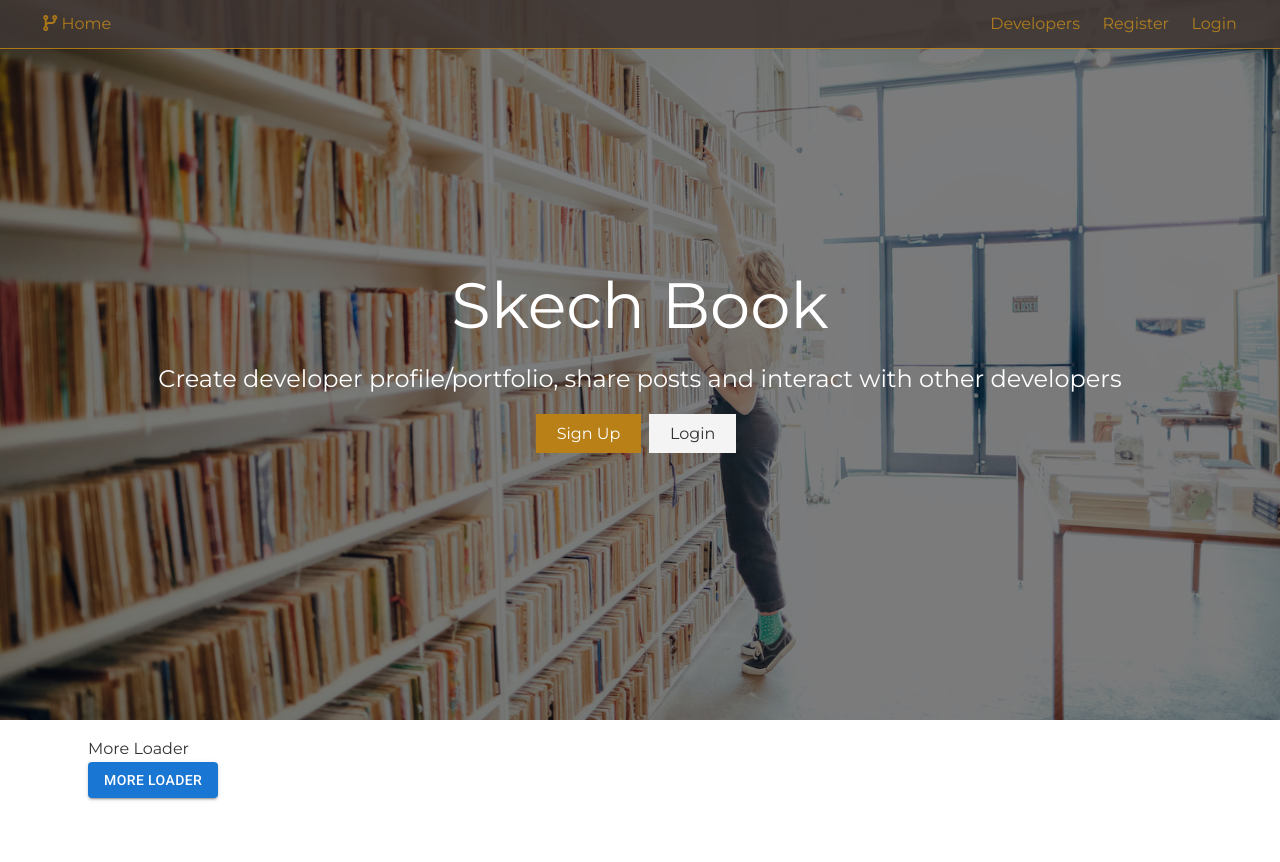
Repository: devnight0913/skechbook
Page: / (app in client/)
These files come from the project's save history. The page is drawn as it stood at one moment and after the next save; the edit follows.
The browser window is 1280 px wide. The pictures show the whole page.
The page's requests for data from a server got no answer. Some web libraries are served in a nearby version. The project was rebuilt for these pictures with package versions that can differ from the ones it lists, and the page was loaded fresh each time. No one was signed in, and anything a server would have sent is missing. Also part of the build but not shown: client/craco.config.js, client/src/components/auth/Login.js, client/src/components/auth/Register.js, client/src/components/dashboard/DashboardActions.js, client/src/actions/profile.js, client/src/utils/formatDate.js, client/src/components/dashboard/Experience.js, client/src/components/dashboard/Education.js and 24 more.

Above is the page before, as saved 2023-07-24 21:26:19.

### client/public/index.html
<!DOCTYPE html>
<html lang="en">
  <head>
    <meta charset="utf-8" />
    <link rel="icon" href="%PUBLIC_URL%/favicon.ico" />
    <meta name="viewport" content="width=device-width, initial-scale=1" />
    <meta name="theme-color" content="#000000" />
    <meta
      name="description"
      content="Web site created using create-react-app"
    />
    <link rel="apple-touch-icon" href="%PUBLIC_URL%/logo192.png" />

    <!-- Font Awesome Kit -->
    <script
      src="https://kit.fontawesome.com/9cd49f9282.js"
      crossorigin="anonymous"
    ></script>

    <link rel="manifest" href="%PUBLIC_URL%/manifest.json" />
    <title>Welcome to DevBook</title>
  </head>
  <body>
    <noscript>You need to enable JavaScript to run this app.</noscript>
    <div id="root"></div>
  </body>
</html>

### client/src/index.js
import { render } from 'react-dom';

import '@fontsource/roboto/300.css';
import '@fontsource/roboto/400.css';
import '@fontsource/roboto/500.css';
import '@fontsource/roboto/700.css';
import './index.css'

import App from './App';

render(<App />, document.getElementById('root'));

### client/src/App.js
import { useEffect } from 'react';
import { BrowserRouter, Routes, Route } from 'react-router-dom';

import Navbar from './components/layout/Navbar';
import Landing from './components/layout/Landing';
import Login from './components/auth/Login';
import Register from './components/auth/Register';
import Alert from './components/layout/Alert';
import Dashboard from './components/dashboard/Dashboard';
import ProfileForm from './components/profile-form/ProfileForm';
import AddExperience from './components/profile-form/AddExperience';
import AddEducation from './components/profile-form/AddEducation';
import Profiles from './components/profiles/Profiles';
import Profile from './components/profile/Profile';
import Posts from './components/posts/Posts';
import Post from './components/post/Post';
import NotFound from './components/layout/NotFound';
import PrivateRoute from './components/routing/PrivateRoute';
import Book from './components/layout/Book';

// Redux
import { Provider } from 'react-redux';
import { store } from './store';
import { loadUser } from './actions/auth';
import { LOGOUT } from './actions/types';
import setAuthToken from './utils/setAuthToken';

import './App.css';
import Footer from './components/layout/Footer';

const App = () => {
  useEffect(() => {
    // check for token in LS when app first runs
    if (localStorage.token) {
      // if there is a token set axios headers for all requests
      setAuthToken(localStorage.token);
    }
    // try to fetch a user, if no token or invalid token we
    // will get a 401 response from our API
    store.dispatch(loadUser());

    // log user out from all tabs if they log out in one tab
    window.addEventListener('storage', () => {
      if (!localStorage.token) store.dispatch({ type: LOGOUT });
    });
  }, []);

  return (
    <Provider store={store}>
      <BrowserRouter>
        <Navbar />

        <Alert />

        <Routes>
          <Route path='/' element={<Landing />} />
          <Route path='register' element={<Register />} />
          <Route path='login' element={<Login />} />
          <Route path='profiles' element={<Profiles />} />
          <Route path='profile/:id' element={<Profile />} />
          <Route path='/book' element={<Book />} />
          <Route
            path='dashboard'
            element={<PrivateRoute component={Dashboard} />}
          />
          <Route
            path='create-profile'
            element={<PrivateRoute component={ProfileForm} />}
          />
          <Route
            path='edit-profile'
            element={<PrivateRoute component={ProfileForm} />}
          />
          <Route
            path='add-experience'
            element={<PrivateRoute component={AddExperience} />}
          />
          <Route
            path='add-education'
            element={<PrivateRoute component={AddEducation} />}
          />
          <Route path='posts' element={<PrivateRoute component={Posts} />} />
          <Route path='posts/:id' element={<PrivateRoute component={Post} />} />
          <Route path='/*' element={<NotFound />} />
        </Routes>

        <Footer />
      </BrowserRouter>
    </Provider>
  );
};

export default App;

### client/src/components/layout/Landing.js
import { Link, Navigate } from 'react-router-dom';
import { connect } from 'react-redux';
import PropTypes from 'prop-types';

const Landing = ({ isAuthenticated }) => {
  if (isAuthenticated) {
    return <Navigate to='/dashboard' />;
  }

  return (
    <section className='landing'>
      <div className='dark-overlay'>
        <div className='landing-inner'>
          <h1 className='x-large'>Skech Book</h1>

          <p className='lead'>
            Create developer profile/portfolio, share posts and interact with
            other developers
          </p>

          <div className='buttons'>
            <Link to='/register' className='btn btn-primary'>
              Sign Up
            </Link>

            <Link to='/login' className='btn'>
              Login
            </Link>
          </div>
        </div>
      </div>
    </section>
  );
};

Landing.propTypes = {
  isAuthenticated: PropTypes.bool,
};

const mapStateToProps = (state) => ({
  isAuthenticated: state.auth.isAuthenticated,
});

export default connect(mapStateToProps)(Landing);

### client/src/components/layout/Alert.js
import PropTypes from 'prop-types';
import { connect } from 'react-redux';

const Alert = ({ alerts }) => (
  <div className='alert-wrapper'>
    {alerts.map((alert) => (
      <div key={alert.id} className={`alert alert-${alert.alertType}`}>
        {alert.msg}
      </div>
    ))}
  </div>
);

Alert.propTypes = {
  alerts: PropTypes.array.isRequired,
};

const mapStateToProps = (state) => ({ alerts: state.alert });

export default connect(mapStateToProps)(Alert);

### client/src/store.js
import { createStore, applyMiddleware } from 'redux';
import { composeWithDevTools } from 'redux-devtools-extension';
import thunk from 'redux-thunk';

import rootReducer from './reducers';
import setAuthToken from './utils/setAuthToken';

const initialState = {};
const middleware = [thunk];

// TODO: default export store
export const store = createStore(
  rootReducer,
  initialState,
  composeWithDevTools(applyMiddleware(...middleware))
);

/*
  NOTE: set up a store subscription listener
  to store the users token in localStorage
 */

/*
  initialize current state from redux store for subscription comparison
  preventing undefined error
 */
let currentState = store.getState();

store.subscribe(() => {
  // keep track of the previous and current state to compare changes
  let previousState = currentState;
  currentState = store.getState();
  // if the token changes set the value in localStorage and axios headers
  if (previousState.auth.token !== currentState.auth.token) {
    const token = currentState.auth.token;
    setAuthToken(token);
  }
});

### client/src/App.css
@import url('https://fonts.googleapis.com/css?family=Montserrat|Raleway&display=swap');
.m-1 {
  margin: 1rem;
}

.my-1 {
  margin: 1rem 0;
}

.p-1 {
  padding: 1rem;
}

.py-1 {
  padding: 1rem 0;
}

.m-2 {
  margin: 2rem;
}

.my-2 {
  margin: 2rem 0;
}

.p-2 {
  padding: 2rem;
}

.py-2 {
  padding: 2rem 0;
}

.m-3 {
  margin: 3rem;
}

.my-3 {
  margin: 3rem 0;
}

.p-3 {
  padding: 3rem;
}

.py-3 {
  padding: 3rem 0;
}

.m-4 {
  margin: 4rem;
}

.my-4 {
  margin: 4rem 0;
}

.p-4 {
  padding: 4rem;
}

.py-4 {
  padding: 4rem 0;
}

.m-5 {
  margin: 5rem;
}

.my-5 {
  margin: 5rem 0;
}

.p-5 {
  padding: 5rem;
}

.py-5 {
  padding: 5rem 0;
}

.container {
  max-width: 1100px;
  margin: auto;
  overflow: hidden;
  padding: 0 2rem;
  margin-top: 6rem;
  margin-bottom: 3rem;
}

.x-large {
  font-size: 4rem;
  line-height: 1.2;
  margin-bottom: 1rem;
}

.large {
  font-size: 3rem;
  line-height: 1.2;
  margin-bottom: 1rem;
}

.lead {
  font-size: 1.5rem;
  margin-bottom: 1rem;
}

.text-primary {
  color: #b88017;
}

.round-img {
  border-radius: 50%;
}

.line {
  height: 1px;
  background: #ccc;
  margin: 1.5rem 0;
}

.bg-primary {
  background-color: #b88017;
  color: #fff;
}

.bg-light {
  background-color: #f4f4f4;
  color: #333;
  border: #ccc 1px solid;
}

.bg-dark {
  background-color: #403734;
  color: #fff;
}

.bg-success {
  background-color: #28a745;
  color: #fff;
}

.bg-danger {
  background-color: #dc3545;
  color: #fff;
}

.bg-white {
  background-color: #fff;
  color: #333;
  border: #ccc 1px solid;
}

.btn {
  display: inline-block;
  background: #f4f4f4;
  color: #333;
  padding: 0.4rem 1.3rem;
  border: none;
  cursor: pointer;
  font-size: 1rem;
  margin-right: 0.5rem;
  outline: none;
  -webkit-transition: all 0.2s ease-in;
  transition: all 0.2s ease-in;
}

.btn.btn-primary {
  background-color: #b88017;
  color: #fff;
}

.btn.btn-primary:hover {
  background: #cf901a;
}

.btn.btn-dark {
  background-color: #403734;
  color: #fff;
}

.btn.btn-dark:hover {
  background: #4e433f;
}

.btn.btn-success {
  background-color: #28a745;
  color: #fff;
}

.btn.btn-success:hover {
  background: #2dbc4e;
}

.btn.btn-danger {
  background-color: #dc3545;
  color: #fff;
}

.btn.btn-danger:hover {
  background: #e04b59;
}

.btn:hover {
  background: #786762;
  color: #fff;
}

.alert {
  padding: 0.8rem;
  margin: 1rem;
  opacity: 0.9;
  background: #f4f4f4;
  color: #333;
}

.alert.alert-primary {
  background-color: #b88017;
  color: #fff;
}

.alert.alert-dark {
  background-color: #403734;
  color: #fff;
}

.alert.alert-success {
  background-color: #28a745;
  color: #fff;
}

.alert.alert-danger {
  background-color: #dc3545;
  color: #fff;
}

.badge {
  font-size: 0.8rem;
  padding: 0.1rem;
  text-align: center;
  margin: 0.3rem;
  background: #f4f4f4;
  color: #333;
}

.badge.badge-primary {
  background-color: #b88017;
  color: #fff;
}

.badge.badge-dark {
  background-color: #403734;
  color: #fff;
}

.badge.badge-success {
  background-color: #28a745;
  color: #fff;
}

.badge.badge-danger {
  background-color: #dc3545;
  color: #fff;
}

.dark-overlay {
  height: 100%;
  width: 100%;
  position: absolute;
  top: 0;
  left: 0;
  background-color: rgba(0, 0, 0, 0.5);
}

.table th,
.table td {
  padding: 1rem;
  text-align: left;
}

.table th {
  background: #f4f4f4;
}

.form-group {
  margin: 1.2rem 0;
}

.form-text {
  display: block;
  margin-top: 0.3rem;
  color: #888;
}

.form input[type='text'],
.form input[type='email'],
.form input[type='password'],
.form input[type='date'],
.form select,
.form textarea {
  display: block;
  width: 100%;
  padding: 0.4rem;
  font-size: 1.2rem;
  border: 1px solid #ccc;
}

.form input[type='submit'] {
  font: inherit;
}

.form .social-input {
  display: -webkit-box;
  display: -ms-flexbox;
  display: flex;
}

.form .social-input i {
  padding: 0.5rem;
  width: 4rem;
}

.form .social-input i.fa-twitter {
  color: #55acee;
}

.form .social-input i.fa-facebook {
  color: #3b5999;
}

.form .social-input i.fa-youtube {
  color: #cd201f;
}

.form .social-input i.fa-reddit {
  color: #ff5700;
}

.form .social-input i.fa-linkedin {
  color: #0077b5;
}

.form .social-input i.fa-instagram {
  color: #e4405f;
}

* {
  -webkit-box-sizing: border-box;
  box-sizing: border-box;
  margin: 0;
  padding: 0;
}

body {
  font-family: 'Montserrat', 'Raleway', sans-serif;
  font-size: 1rem;
  line-height: 1.6;
  background-color: #fff;
  color: #333;
}

a {
  text-decoration: none;
  color: #b88017;
}

ul {
  list-style-type: none;
}

img {
  width: 100%;
}

.navbar {
  display: -webkit-box;
  display: -ms-flexbox;
  display: flex;
  -webkit-box-align: center;
  -ms-flex-align: center;
  align-items: center;
  -webkit-box-pack: justify;
  -ms-flex-pack: justify;
  justify-content: space-between;
  padding: 0.7rem 2rem;
  position: fixed;
  z-index: 1;
  width: 100%;
  top: 0;
  border-bottom: solid 1px #b88017;
  opacity: 0.9;
}

.navbar ul {
  display: -webkit-box;
  display: -ms-flexbox;
  display: flex;
}

.navbar a {
  color: #b88017;
  padding: 0.45rem;
  margin: 0 0.25rem;
}

.navbar a:hover {
  color: #fff;
}

.landing {
  position: relative;
  background: url('./img/showcase.jpg') no-repeat center center/cover;
  height: 100vh;
}

.landing-inner {
  color: #fff;
  height: 100%;
  display: -webkit-box;
  display: -ms-flexbox;
  display: flex;
  -webkit-box-orient: vertical;
  -webkit-box-direction: normal;
  -ms-flex-direction: column;
  flex-direction: column;
  width: 80%;
  margin: auto;
  -webkit-box-align: center;
  -ms-flex-align: center;
  align-items: center;
  -webkit-box-pack: center;
  -ms-flex-pack: center;
  justify-content: center;
  text-align: center;
}

.profile {
  display: -ms-grid;
  display: grid;
  -ms-grid-columns: 2fr 4fr 2fr;
  grid-template-columns: 2fr 4fr 2fr;
  grid-gap: 2rem;
  -webkit-box-align: center;
  -ms-flex-align: center;
  align-items: center;
  padding: 1rem;
  line-height: 1.8;
  margin-bottom: 1rem;
}

.profile-grid {
  display: -ms-grid;
  display: grid;
  grid-template-areas: 'top top' 'about about' 'exp edu' 'github github';
  grid-gap: 1rem;
}

.profile-grid .profile-top {
  -ms-grid-row: 1;
  -ms-grid-column: 1;
  -ms-grid-column-span: 2;
  grid-area: top;
  display: -webkit-box;
  display: -ms-flexbox;
  display: flex;
  -webkit-box-orient: vertical;
  -webkit-box-direction: normal;
  -ms-flex-direction: column;
  flex-direction: column;
  -webkit-box-align: center;
  -ms-flex-align: center;
  align-items: center;
  -webkit-box-pack: center;
  -ms-flex-pack: center;
  justify-content: center;
  text-align: center;
}

.profile-grid .profile-top img {
  width: 250px;
}

.profile-grid .profile-top .icons a {
  color: #fff;
  margin: 0 0.3rem;
}

.profile-grid .profile-top .icons a:hover {
  color: #403734;
}

.profile-grid .profile-about {
  -ms-grid-row: 2;
  -ms-grid-column: 1;
  -ms-grid-column-span: 2;
  grid-area: about;
  text-align: center;
}

.profile-grid .profile-about .skills {
  display: -webkit-box;
  display: -ms-flexbox;
  display: flex;
  -webkit-box-pack: center;
  -ms-flex-pack: center;
  justify-content: center;
  -webkit-box-align: center;
  -ms-flex-align: center;
  align-items: center;
  text-align: center;
}

.profile-grid .profile-exp {
  -ms-grid-row: 3;
  -ms-grid-column: 1;
  grid-area: exp;
}

.profile-grid .profile-edu {
  -ms-grid-row: 3;
  -ms-grid-column: 2;
  grid-area: edu;
}

.profile-grid .profile-exp > div,
.profile-grid .profile-edu > div {
  margin-bottom: 1rem;
  padding-bottom: 1rem;
  border-bottom: #ccc 1px dotted;
}

.profile-grid .profile-exp > div:last-child,
.profile-grid .profile-edu > div:last-child {
  border: none;
}

.profile-grid .profile-exp p,
.profile-grid .profile-edu p {
  margin: 0.5rem 0;
}

.profile-grid .profile-github {
  -ms-grid-row: 4;
  -ms-grid-column: 1;
  -ms-grid-column-span: 2;
  grid-area: github;
}

.profile-grid .profile-github .repo {
  display: -webkit-box;
  display: -ms-flexbox;
  display: flex;
}

.profile-grid .profile-github .repo > div:first-child {
  -webkit-box-flex: 7;
  -ms-flex: 7;
  flex: 7;
  -ms-flex-preferred-size: 70%;
  flex-basis: 70%;
}

.profile-grid .profile-github .repo > div:last-child {
  -webkit-box-flex: 3;
  -ms-flex: 3;
  flex: 3;
  -ms-flex-preferred-size: 20%;
  flex-basis: 20%;
}

.post-form-header {
  padding: 0.5rem;
}

.post {
  display: -ms-grid;
  display: grid;
  -ms-grid-columns: 1fr 4fr;
  grid-template-columns: 1fr 4fr;
  grid-gap: 2rem;
  -webkit-box-align: center;
  -ms-flex-align: center;
  align-items: center;
}

.post > div:first-child {
  text-align: center;
}

.post img {
  width: 150px;
}

.post .comment-count {
  background: var(--light-color);
  color: var(--primary-color);
  padding: 0.1rem 0.2rem;
  border-radius: 5px;
  font-size: 0.8rem;
}

.post .post-date {
  color: #aaa;
  font-size: 0.8rem;
  margin-bottom: 0.5rem;
}

@media (max-width: 700px) {
  .hide-sm {
    display: none;
  }
  .container {
    margin-top: 8rem;
  }
  .x-large {
    font-size: 3rem;
  }
  .large {
    font-size: 2rem;
  }
  .lead {
    font-size: 1rem;
  }
  .navbar {
    display: block;
    text-align: center;
  }
  .navbar ul {
    text-align: center;
    -webkit-box-pack: center;
    -ms-flex-pack: center;
    justify-content: center;
  }
  .navbar h1 {
    margin-bottom: 1rem;
  }
  .dash-buttons a {
    display: block;
    width: 100%;
    margin-bottom: 0.2rem;
  }
  .profile {
    -ms-grid-columns: 1fr;
    grid-template-columns: 1fr;
    text-align: center;
  }
  .profile ul {
    display: none;
  }
  .profile-grid {
    grid-template-areas: 'top' 'about' 'exp' 'edu' 'github';
  }
  .profile-about .skills {
    -webkit-box-orient: vertical;
    -webkit-box-direction: normal;
    -ms-flex-direction: column;
    flex-direction: column;
  }
  .post {
    -ms-grid-columns: 1fr;
    grid-template-columns: 1fr;
  }
  .post a,
  .post button {
    padding: 0.3rem 0.4rem;
  }
}

.alert-wrapper {
  position: fixed;
  top: 4rem;
  right: 2rem;
  display: inline-block;
}

### client/src/actions/alert.js
import { v4 as uuidv4 } from 'uuid';

import { SET_ALERT, REMOVE_ALERT } from './types';

export const setAlert =
  (msg, alertType, timeout = 5000) =>
  (dispatch) => {
    const id = uuidv4();

    dispatch({
      type: SET_ALERT,
      payload: { msg, alertType, id },
    });

    setTimeout(
      () =>
        dispatch({
          type: REMOVE_ALERT,
          payload: id,
        }),
      timeout
    );
  };

### client/src/reducers/index.js
import { combineReducers } from "redux";

import alertReducer from "./alert";
import authReducer from "./auth";
import profileReducer from "./profile";
import postReducer from "./post";

import bookReducer from "./book";

export default combineReducers({
  alert: alertReducer,
  auth: authReducer,
  profile: profileReducer,
  post: postReducer,
  book: bookReducer,
});

### client/src/utils/api.js
import axios from 'axios';

import { store } from '../store';
import { LOGOUT } from '../actions/types';

// Create an instance of axios
const api = axios.create({
  baseURL: 'http://localhost:5000/api',
  headers: {
    'Content-Type': 'application/json',
  },
});

/*
  NOTE: intercept any error responses from the api
 and check if the token is no longer valid.
 ie. Token has expired or user is no longer
 authenticated.
 logout the user if the token has expired
*/
api.interceptors.response.use(
  (res) => res,
  (err) => {
    if (err.response.status === 401) {
      store.dispatch({ type: LOGOUT });
    }
    return Promise.reject(err);
  }
);

export default api;

### client/src/actions/book.js
import api from "../utils/api";
import { GET_BOOKS, BOOK_ERROR, MORE_LOADED } from "./types";

export const loadBook = () => async (dispatch) => {
  try {
    const res = await api.get("/submissions");
    dispatch({
      type: GET_BOOKS,
      payload: res.data,
    });
  } catch (err) {
    dispatch({ type: BOOK_ERROR });
  }
};

export const moreBook = (pageNumber) => async (dispatch) => {
  console.log(pageNumber);
  try {
    const res = await api.get(`/submissions/more?page=${pageNumber}`);
    dispatch({
      type: MORE_LOADED,
      payload: res.data,
    });
  } catch (err) {
    console.log(err)
    dispatch({ type: BOOK_ERROR });
  }
};

### client/src/reducers/alert.js
import { SET_ALERT, REMOVE_ALERT } from '../actions/types';

const initialState = [];

const alertReducer = (state = initialState, action) => {
  const { type, payload } = action;

  switch (type) {
    case SET_ALERT:
      return [...state, payload];
    case REMOVE_ALERT:
      return state.filter((alert) => alert.id !== payload);
    default:
      return state;
  }
};

export default alertReducer;

### client/src/reducers/auth.js
import {
  REGISTER_SUCCESS,
  USER_LOADED,
  AUTH_ERROR,
  LOGIN_SUCCESS,
  LOGOUT,
  ACCOUNT_DELETED,
} from '../actions/types';

const initialState = {
  token: localStorage.getItem('token'),
  isAuthenticated: null,
  loading: true,
  user: null,
};

const authReducer = (state = initialState, action) => {
  const { type, payload } = action;

  switch (type) {
    case USER_LOADED:
      return {
        ...state,
        isAuthenticated: true,
        loading: false,
        user: payload,
      };
    case REGISTER_SUCCESS:
    case LOGIN_SUCCESS:
      return {
        ...state,
        ...payload,
        isAuthenticated: true,
        loading: false,
      };
    case AUTH_ERROR:
    case LOGOUT:
    case ACCOUNT_DELETED:
      return {
        ...state,
        token: null,
        isAuthenticated: false,
        loading: false,
        user: null,
      };
    default:
      return state;
  }
};

export default authReducer;

### client/src/reducers/profile.js
import {
  GET_PROFILE,
  PROFILE_ERROR,
  CLEAR_PROFILE,
  UPDATE_PROFILE,
  GET_PROFILES,
  GET_REPOS,
  NO_REPOS,
} from '../actions/types';

const initialState = {
  profile: null,
  profiles: [],
  repos: [],
  loading: true,
  error: {},
};

const profileReducer = (state = initialState, action) => {
  const { type, payload } = action;

  switch (type) {
    case GET_PROFILE:
    case UPDATE_PROFILE:
      return {
        ...state,
        profile: payload,
        loading: false,
      };
    case GET_PROFILES:
      return {
        ...state,
        profiles: payload,
        loading: false,
      };
    case PROFILE_ERROR:
      return {
        ...state,
        error: payload,
        loading: false,
        profile: null,
      };
    case CLEAR_PROFILE:
      return {
        ...state,
        profile: null,
        repos: [],
      };
    case GET_REPOS:
      return {
        ...state,
        repos: payload,
        loading: false,
      };
    case NO_REPOS:
      return {
        ...state,
        repos: [],
      };

    default:
      return state;
  }
};

export default profileReducer;

### client/src/reducers/book.js
import { GET_BOOKS, MORE_LOADED } from "../actions/types";

const initalState = {
  books: [],
  loading: true,
  error: {},
};

const bookReducer = (state = initalState, action) => {
  const { type, payload } = action;
  switch (type) {
    case GET_BOOKS:
      return {
        ...state,
        loading: false,
        books: payload,
      };
    case MORE_LOADED:
      return{
        ...state,
        loading: false,
        books: [...state.books, ...payload]
      }
    default:
      return state;
  }
};

export default bookReducer;

Loaded but not shown: client/src/index.css (common file); client/src/utils/setAuthToken.js (common file); client/tailwind.config.js (common file); client/src/components/layout/Footer.js (69 lines, source omitted); client/src/reducers/post.js (83 lines, source omitted); client/src/actions/auth.js (78 lines, source omitted); client/src/components/layout/Navbar.js (70 lines, source omitted); client/src/actions/types.js (36 lines, source omitted)

After the next save:
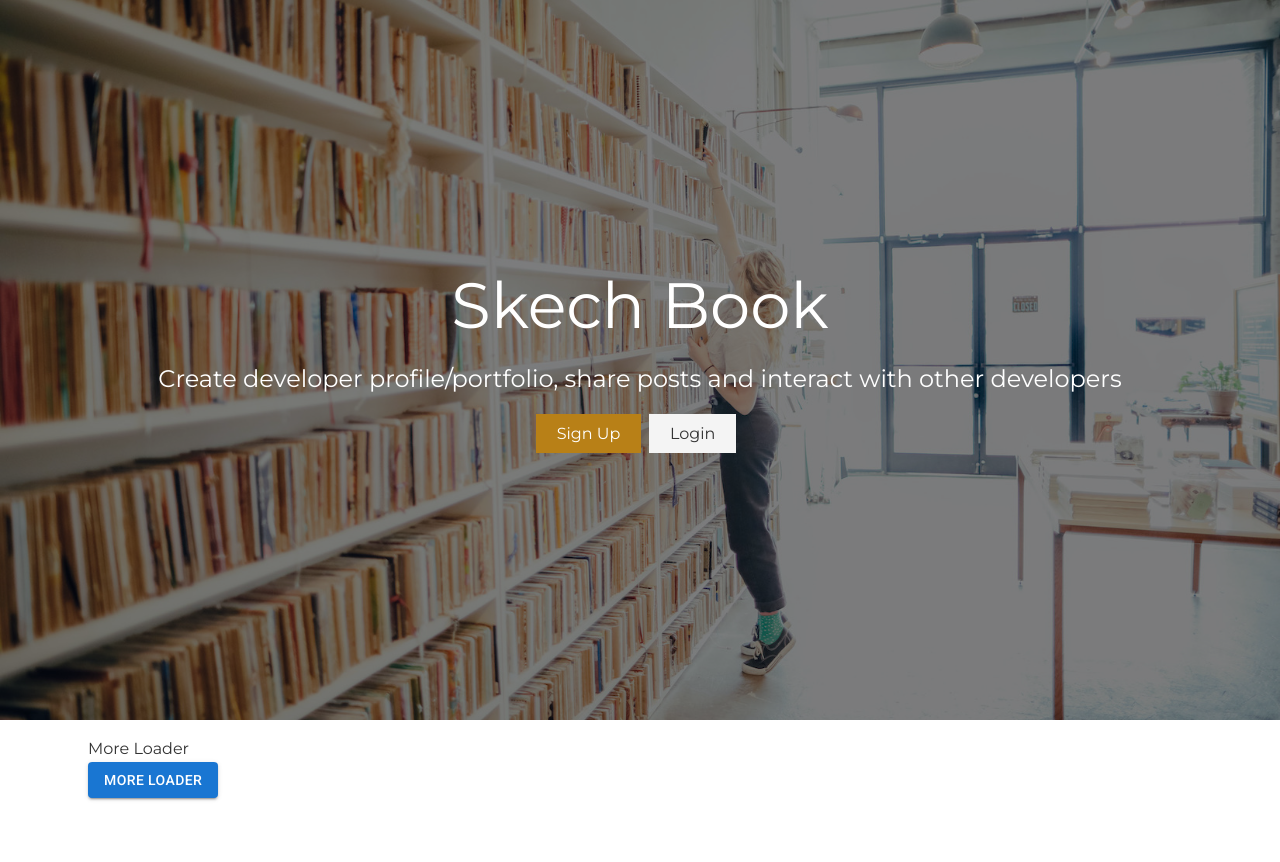
Saved 4 min 14 s later.
--- a/client/src/App.js
+++ b/client/src/App.js
@@ -1,7 +1,7 @@
 import { useEffect } from 'react';
 import { BrowserRouter, Routes, Route } from 'react-router-dom';
 
-import Navbar from './components/layout/Navbar';
+// import Navbar from './components/layout/Navbar';
 import Landing from './components/layout/Landing';
 import Login from './components/auth/Login';
 import Register from './components/auth/Register';
@@ -48,7 +48,7 @@ const App = () => {
   return (
     <Provider store={store}>
       <BrowserRouter>
-        <Navbar />
+        {/* <Navbar /> */}
 
         <Alert />
 
